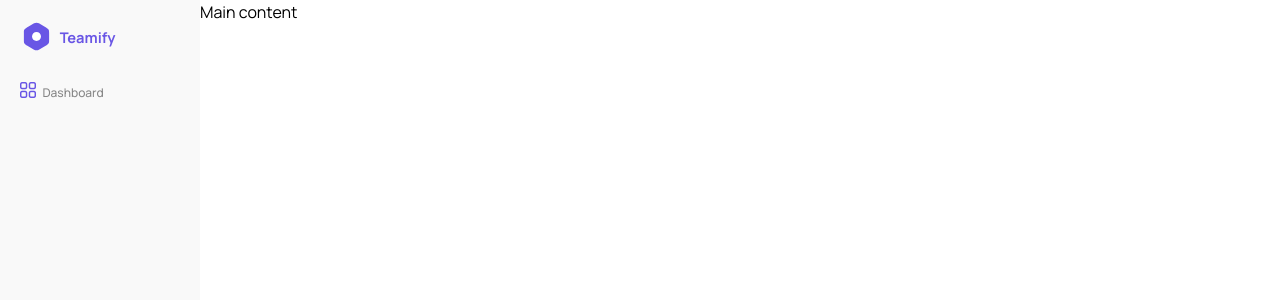
Repository: kottuzik/200apps-exercise
Page: / (app in vue-dashboard-template/)
The author's editor kept a copy of each file at every save. The page is drawn from the files as they stood at one save, then again after a run of saves.
The browser window is 1280 px wide. The pictures show the whole page.
The project was rebuilt for these pictures with package versions that can differ from the ones it lists, and the page was loaded fresh each time. Also part of the build but not shown: vue-dashboard-template/vite.config.js.

Above is the page before, as saved 2025-07-11 17:28:15.

### vue-dashboard-template/index.html
<!DOCTYPE html>
<html lang="en">
  <head>
    <meta charset="UTF-8" />
    <meta name="viewport" content="width=device-width, initial-scale=1.0" />
    <title>Dashboard</title>
  </head>
  <body>
    <div id="app"></div>
    <script type="module" src="/src/main.js"></script>
  </body>
</html>

### vue-dashboard-template/src/main.js
import { createApp } from 'vue'
import PrimeVue from 'primevue/config'
import './assets/tailwind.css'
import './assets/styles.scss';
import App from './App.vue'

const app = createApp(App)
app.use(PrimeVue, { unstyled: true })
app.mount('#app')

### vue-dashboard-template/src/assets/styles.scss
@import 'primeicons/primeicons.css';
@import url('https://fonts.googleapis.com/css2?family=Manrope:wght@200..800&display=swap');

html{direction: ltr;}
*{
    font-family: 'Manrope', sans-serif;
}

.aside {
    width: 200px;
    height: 100%;
    background-color: #f9f9f9;
    padding: 20px;
}
.menu-setting{
    display: flex;
    align-items: center;
    gap: 0.521vw;
    margin-bottom: 2.042vw;
    .text{
        font-size: 1.146vw;
        font-weight: 700;
        color: #6956E5;
    }
}
.custom-icon{
    color: #6956E5; margin-inline-end: 0.5vw;
}
.p-menuitem-link {
    .text{
        font-size: 0.938vw;
        font-weight: 500;
        color: #878787;
    }
    &:hover, .active .text{
        color: #6956E5; font-weight: 700;
    }
}

### vue-dashboard-template/src/App.vue
<script setup>
  import Button from 'primevue/button'
  import Dashboard from './views/Dashboard.vue';
</script>

<template>
<!--   <div class="p-8">
    <h1 class="text-4xl font-bold text-blue-600">Tailwind работает ✅</h1>
    <Button label="PrimeVue кнопка" class="bg-green-500 text-white px-4 py-2 rounded" />
  </div> -->
  <main class="flex">
    <Dashboard />
  </main>
</template>

### vue-dashboard-template/src/views/Dashboard.vue
<script setup>
    import DashboardSidebar from '../components/DashboardSidebar.vue';
</script>

<template>
    <div class="flex">
        <DashboardSidebar class="w-1/5 bg-gray-100 min-h-screen"/>
        <main class="main-container min-h-screen">
            <h1>Main content</h1>
        </main>
    </div>
</template>

### vue-dashboard-template/src/components/DashboardSidebar.vue


<template>
  <aside class="aside">
    <div class="menu-setting">
      <img src="../assets/images/setting.svg" alt="icon-setting" class="icon-setting">
      <p class="text">Teamify</p>
    </div>
    <Menu :model="items" >
      <template #item="{ item, props, index }">
        <a v-bind="props.action" class="p-menuitem-link" :class="{ 'active': index === activeIndex }">
          <span :class="['p-menuitem-icon', item.icon]"></span>
          <span :class="item.textClass">{{ item.label }}</span>
        </a>
      </template>
    </Menu>
  </aside>
</template>


<script>
/*  import { ref } from 'vue';

    const visible = ref(false) */

import Button from 'primevue/button';
import Sidebar from 'primevue/sidebar';
import Menu from 'primevue/menu';

export default {
  components: {
    Button,
    Sidebar,
    Menu
  },
  data() {
    return {
      activeIndex: 0,
      visibleLeft: true,
      items: [
        {
          label: 'Dashboard',
          icon: 'pi pi-th-large custom-icon',
          to: '/',
          textClass: 'text'
        }
      ]
    }
  }
}
</script>

Loaded but not shown: vue-dashboard-template/src/assets/tailwind.css (common file); vue-dashboard-template/tailwind.config.js (common file)

After the next 2 saves:
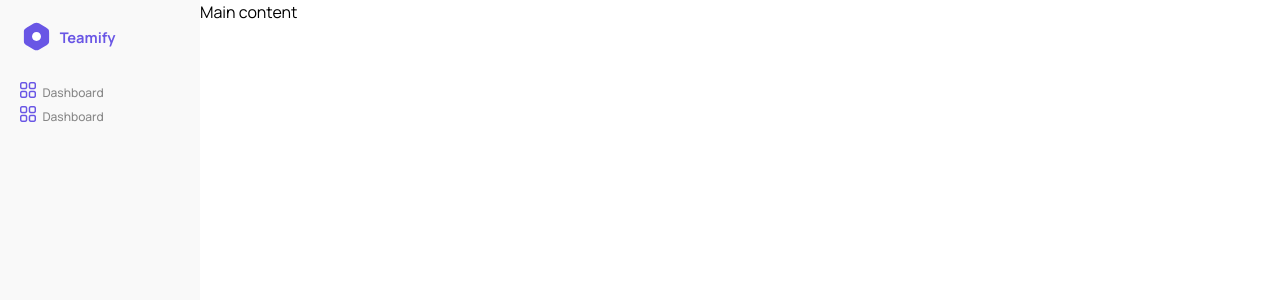
The 2 saves are shown as one change because they came seconds apart.
The last was saved 49 s later.
--- a/vue-dashboard-template/src/components/DashboardSidebar.vue
+++ b/vue-dashboard-template/src/components/DashboardSidebar.vue
@@ -43,6 +43,12 @@
           icon: 'pi pi-th-large custom-icon',
           to: '/',
           textClass: 'text'
+        },
+        {
+          label: 'Dashboard',
+          icon: 'pi pi-th-large custom-icon',
+          to: '/',
+          textClass: 'text'
         }
       ]
     }
